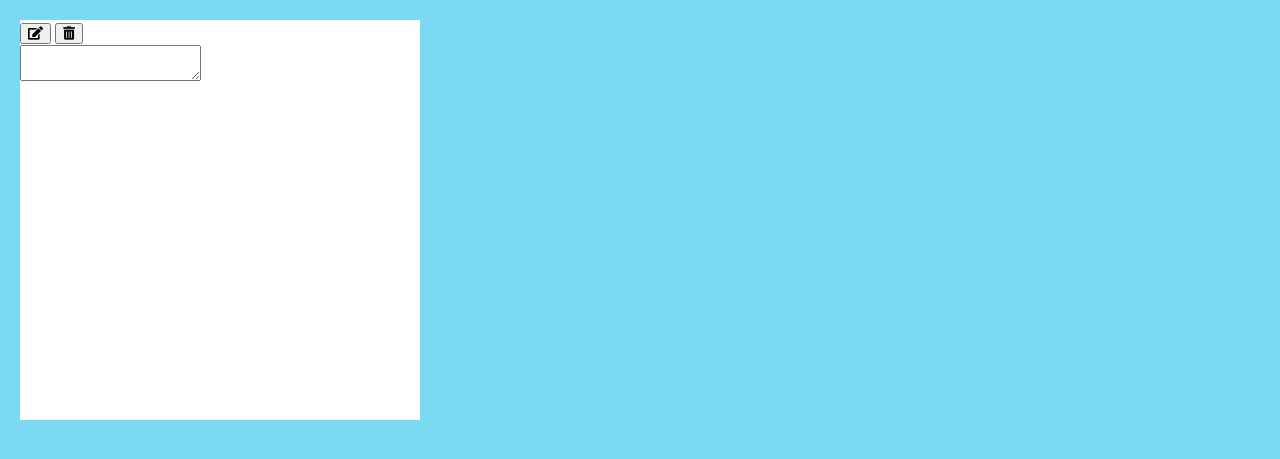
Repository: kate30980/projects-js-practice
Page: notes-app/index.html
These files come from the project's save history. The page is drawn as it stood at one moment and after the next save; the edit follows.
The browser window is 1280 px wide. The pictures show the whole page.

Above is the page before, as saved 2021-09-12 09:05:08.

After the next save:
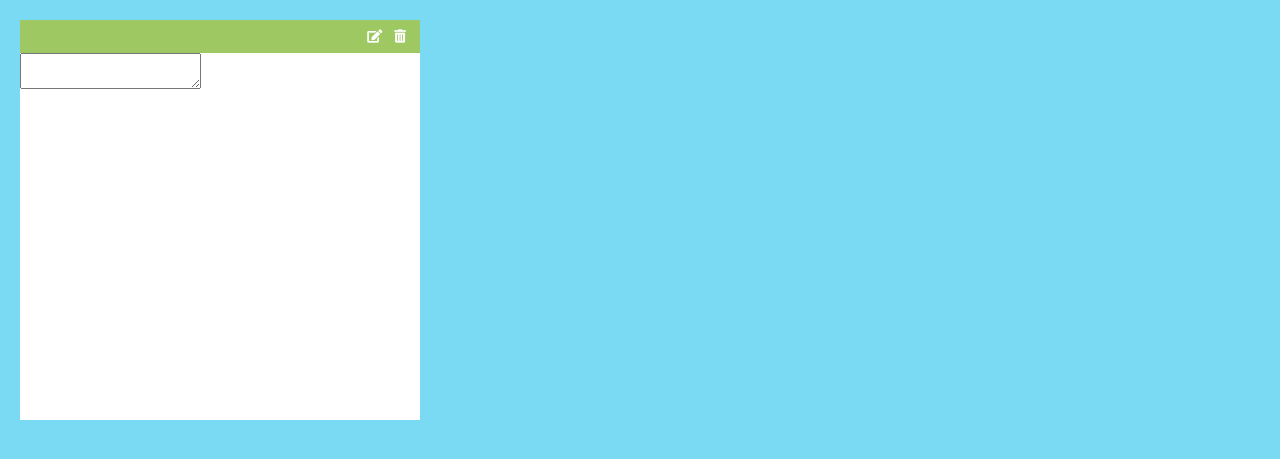
Saved 88 s later.
--- a/notes-app/style.css
+++ b/notes-app/style.css
@@ -17,3 +17,15 @@ body {
   background-color: white;
   margin: 20px;
 }
+.notes .tools{
+    background-color:#9ec862;
+    padding: 0 .5rem;
+    display: flex;
+    justify-content: flex-end;
+    padding: 0.5rem;
+}
+.notes .tools button{
+    background-color:transparent;
+    border: none;
+    color: white;
+}
